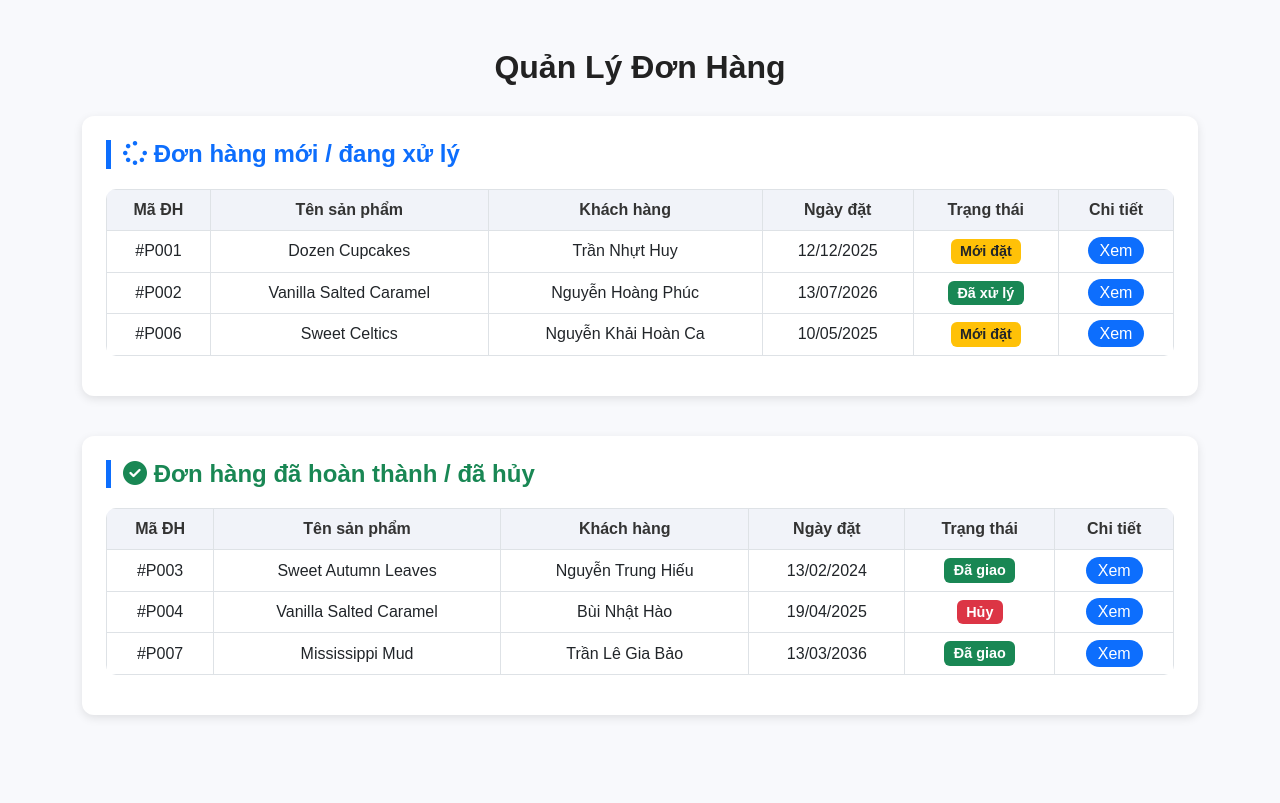
Repository: nhanto2n-byte/Nhom10ChieuThu3
Page: ProjectWeb/cake-main/adtext.html
These files come from the project's save history. The page is drawn as it stood at one moment and after the next save; the edit follows.
The browser window is 1280 px wide. The pictures show the whole page.

Above is the page before, as saved 2025-10-28 11:30:33.

After the next save:
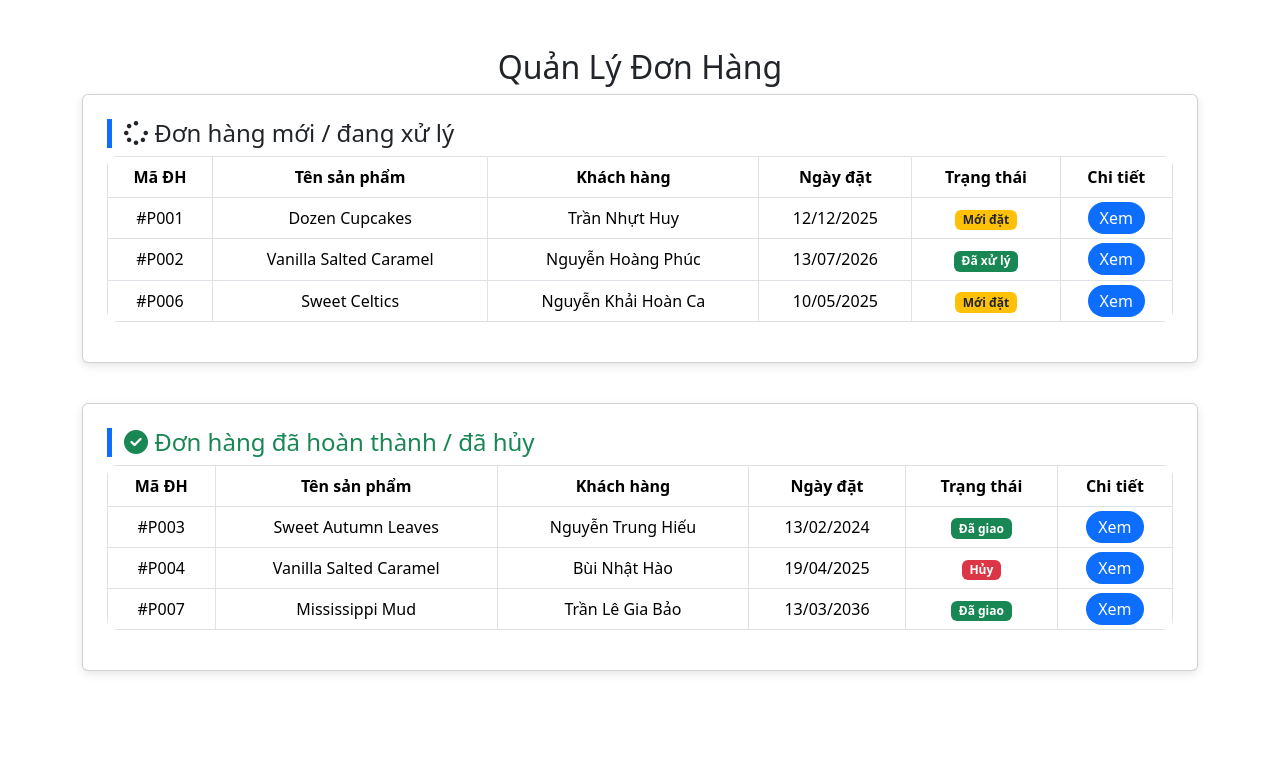
Saved 2 min 53 s later.
--- a/ProjectWeb/cake-main/adtext.html
+++ b/ProjectWeb/cake-main/adtext.html
@@ -175,6 +175,12 @@
       </div>
     </div>
   </div>
+<link
+  href="https://cdn.jsdelivr.net/npm/bootstrap@5.3.3/dist/css/bootstrap.min.css"
+  rel="stylesheet"
+  integrity="sha384-QWTKZyjpPEjISv5WaRU9OFeRpok6YctnYmDr5pNlyT2bRjXh0JMhjY6hW+ALEwIH"
+  crossorigin="anonymous"
+/>
 
   <!-- JS -->
   <script src="https://cdn.jsdelivr.net/npm/bootstrap@5.3.0/dist/js/bootstrap.bundle.min.js"></script>
